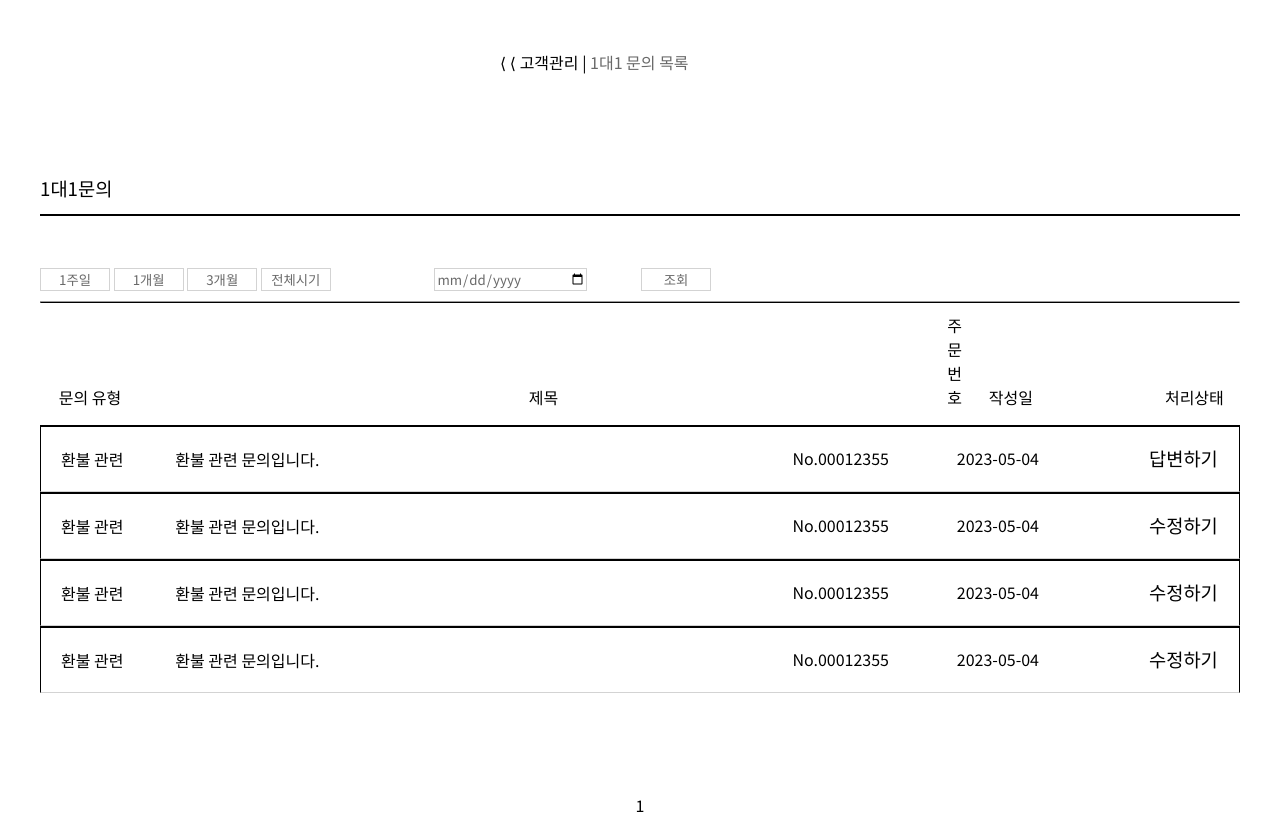
Repository: mcw9503/PassionForFashion
Page: Semi_Project/src/main/webapp/WEB-INF/QnaPage.html
An editor plug-in stored every save of this project. The page is shown before and after the next save, followed by the edit.
The browser window is 1280 px wide. The pictures show the whole page.

Above is the page before, as saved 2023-05-07 08:46:24.

After the next save:
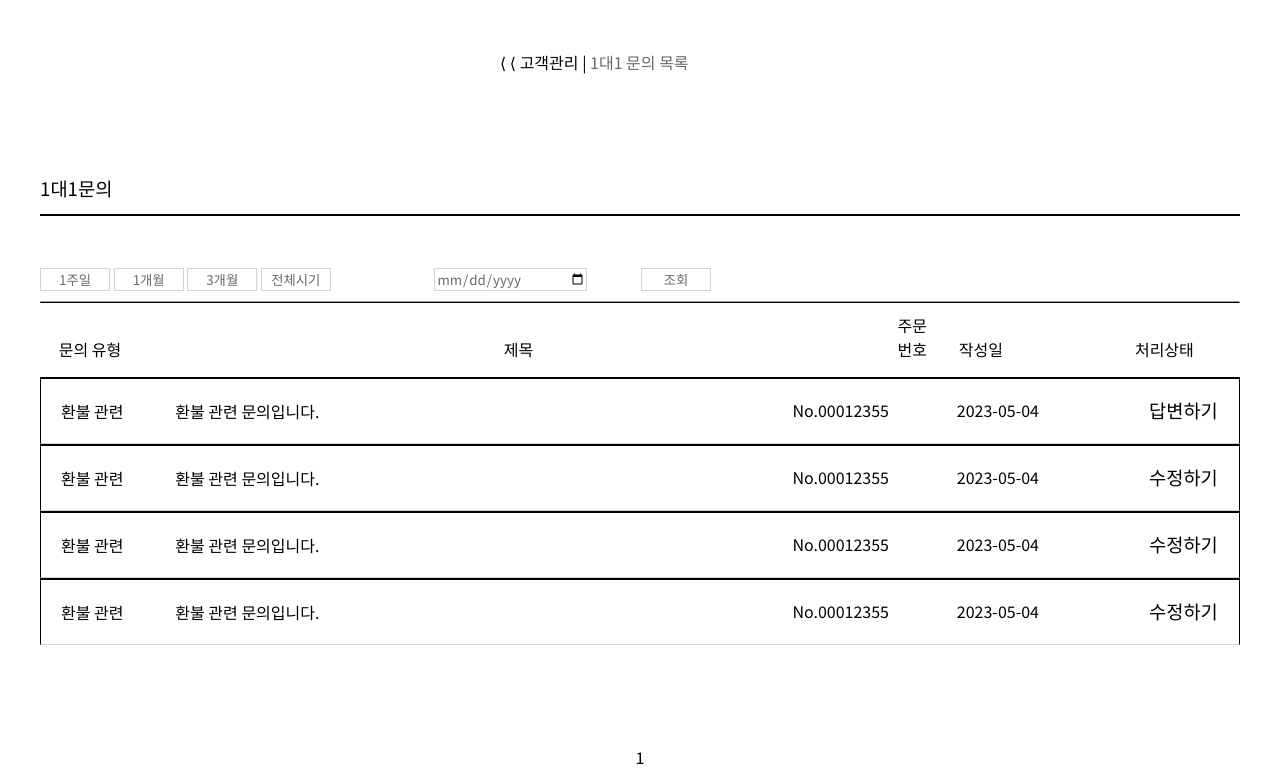
Saved 16 s later.
--- a/Semi_Project/src/main/webapp/WEB-INF/QnaPage.html
+++ b/Semi_Project/src/main/webapp/WEB-INF/QnaPage.html
@@ -133,10 +133,10 @@ div form input:active {
 		<div style="display: inline-block; text-align: center; width: 100px; height: 40px;">
 			<p>문의 유형</p>
 		</div>
-		<div style="display: inline-block; text-align: center; width: 800px; height: 40px;">
+		<div style="display: inline-block; text-align: center; width: 750px; height: 40px;">
 			<p> 제목 </p>
 		</div>
-		<div style="display: inline-block; text-align: center; width: 10px; height: 40px;">
+		<div style="display: inline-block; text-align: center; width: 30px; height: 40px;">
 			<p> 주문번호 </p>
 		</div>
 		<div style="display: inline-block; text-align: center; width: 100px; height: 40px; margin-right: 85px;">
